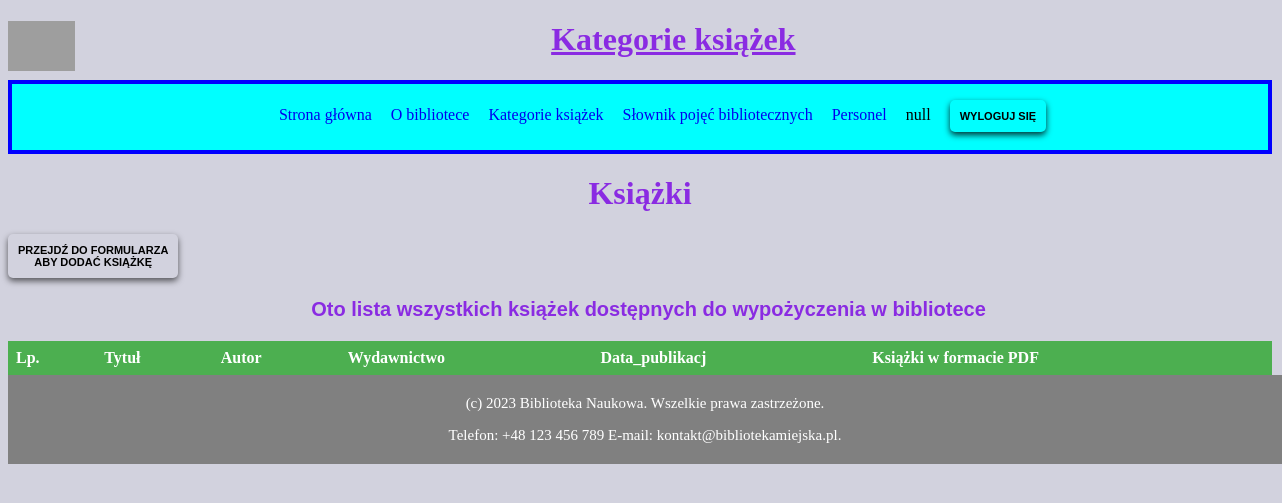
Repository: Dominik098/projekt
Page: http://localhost/biblioteka/C_Kategorie książek.jsp
These files come from the project's save history. The page is drawn as it stood at one moment and after the next save; the edit follows.
The browser window is 1280 px wide. The page is 1282 px wide, so the pictures cover 1282 px, including what lies to the right of the window. The pictures show the whole page.
Pictures or frames that could not be fetched are drawn as grey boxes. The page is served by Tomcat 9. Other server files are loaded and not shown. Queries for data that is not in the repository find no rows.

Above is the page before, as saved 2023-06-01 16:50:11.

### java projekt/biblioteka/src/main/webapp/C_Kategorie książek.jsp
<%@ page language="java" contentType="text/html; charset=UTF-8"%>


<%@ page import="java.sql.*" %>


 <!DOCTYPE html>
<html lang="en">

<head>
    <meta charset="UTF-8">
    <meta http-equiv="X-UA-Compatible" content="IE=edge">
    <meta name="viewport" content="width=device-width, initial-scale=1.0">
    <link rel="stylesheet" href="C_kategorie.css" type="text/css">

    <link rel="icon" type="image/png" href="3.png" sizes="96x96" />
    <title>Kategorie książek </title>



</head>

<body>
    <tr>
        <td align="center"><img src="logo.jpg" name="ksiazka" align="left" weight="90px" height="50px"></td>
    </tr>
    <h1>
        <center><u>Kategorie książek</u></center>
    </h1>
    <header>
        <nav>
            <ul>
                <li class="znacznik" ><a href="A_strona-gl.jsp">Strona główna</a></li>
                <li class="znacznik" ><a href="B_O bibiotece.jsp">O bibliotece</a></li>
                <li  class="znacznik"><a href="C_Kategorie książek.jsp">Kategorie książek </a></li>
                <!--   <li><a href="D_Wypożyczenia.jsp">Wypożyczane </a></li>-->
                <li class="znacznik"><a href="E_Słownik pojęć.jsp">Słownik pojęć bibliotecznych</a></li>
                <li class="znacznik"><a href="F_personel.jsp">Personel</a></li>
               <!-- <li class="znacznik"><a href="G_login.jsp">Logowanie</a></li>
                <li class="znacznik"><a href="H_rejestracja.jsp">Rejestracja</a></li>-->

                <li ><a > <%=session.getAttribute("email-login") %> </a></li>
                <li  ><a href= "logout"><button class="wyloguj" >Wyloguj się</button></a></li>


            </ul>

        </nav>

    </header>
	    <h1>Książki </h1>




 <a href="Dodaj_ksiazke.jsp"><button class="dodanie" onclick="return promptForPassword()">Przejdź do formularza<br> aby dodać książkę</button></a>



<script>
        // Funkcja sprawdzająca hasło
        function promptForPassword() {
            var password = prompt("Proszę wprowadzić hasło:");

            // Sprawdzenie, czy wprowadzone hasło jest poprawne
            if (password === "1234") {
                return true; // Kontynuuj przekierowanie
            } else {
                alert("Nieprawidłowe hasło!"); // Wyświetl komunikat
                return false; // Zatrzymaj przekierowanie
            }
        }
    </script>


    <h3>Oto lista wszystkich książek dostępnych do wypożyczenia w bibliotece </h3>

<table>
    <tr>
        <th>Lp.</th>
        <th>Tytuł</th>
        <th>Autor</th>
        <th>Wydawnictwo</th>
        <th>Data_publikacj</th>
        <th>Książki w formacie PDF</th>


    </tr>
    <%
        try {
            // Połączenie z bazą danych
            String url = "jdbc:mysql://localhost:3306/Biblioteka";
            String user = "root";
            String password = "P@ssw0rd";
            Connection conn = DriverManager.getConnection(url, user, password);

            // Zapytanie SQL
            String sql = "SELECT * FROM Książki";
            PreparedStatement ps = conn.prepareStatement(sql);
            ResultSet rs = ps.executeQuery();

            // Wyświetlenie wyników zapytania
            int i=0;
            while (rs.next()) { i++;
                String tytuł = rs.getString("tytuł");
                String autor = rs.getString("autor");
                String wydawnictwo = rs.getString("wydawnictwo");
                String data_publikacji = rs.getString("data_publikacji");
                String pdf_link = rs.getString("pdf");



    %>
        <tr>
            <td><%= i %></td>
            <td><%= tytuł %></td>
            <td><%= autor %></td>
            <td><%= wydawnictwo %></td>
            <td><%= data_publikacji %></td>
            <td>
    <a href="<%= request.getContextPath() + pdf_link %>" target="_blank" download><button class="pobierz">Pobierz książkę </button></a>
</td>


        </tr>
    <%
            }
            // Zamykanie połączenia z bazą danych
            rs.close();
            ps.close();
            conn.close();
        } catch (SQLException e) {
            e.printStackTrace();
        }
    %>
</table>





<script>
    // Funkcja pobierająca plik PDF
    function pobierzPDF(link) {
        window.location.href = link;
    }
</script>



    <footer>
        <p>(c) 2023 Biblioteka Naukowa. Wszelkie prawa zastrzeżone.</p>
        <p>Telefon: +48 123 456 789  E-mail: kontakt@bibliotekamiejska.pl.</p>

    </footer>



</body>

</html>

### java projekt/biblioteka/src/main/webapp/C_kategorie.css
body {
    background-color: rgb(210, 210, 222);

}

header {
    border: 4px;
    background-color: aqua;
    border: 4px solid blue;
    padding-bottom: 2px;
}



h1 {
    text-align: center;
    color: blueviolet;

}

h3 {
    text-align: center;
    margin-left: 17px;
    color: blueviolet;
    font-family: Arial;
    font-size: 20px;

}




ul li {
    display: inline;
    margin-left: 5px;
    padding: 5px;

}

ul {
    text-align: center;
}

a {
    padding-top: 5px;
    padding-bottom: 5px;
    text-decoration: none;
}






footer {
    text-align: center;
    font-size: 15px;
    color: white;
    background-color: gray;


    bottom: 0;
    margin-top: auto;
    width: 100%;
    padding: 5px;
}



table {
        background-color: #f9f9f9;
        border-collapse: collapse;
        width: 100%;
    }

    th, td {
        text-align: left;
        padding: 8px;
    }

    th {
        background-color: #4CAF50;
        color: white;
    }


    tr:hover {
  border-bottom: 2px solid red;
}


.pobierz{

  display: inline-block;
  padding: 10px 20px;
  font-size: 12px;
  font-weight: bold;
  text-align: center;
  text-transform: uppercase;
  color: #fff;
  background-color: #4CAF50;
  border: none;
  border-radius: 5px;
  box-shadow: 0 3px 6px rgba(0, 0, 0, 0.3);
  cursor: pointer;
  transition: background-color 0.3s ease;
}

.pobierz:hover {
  background-color: #0056b3;
}

.klik {
  background-color: transparent;
  border: none;
  cursor: pointer;
  background-color:  aqua;
  border: none;
  border-radius: 5px;
  box-shadow: 0 3px 6px rgba(0, 0, 0, 0.1);
  font-size: 11px;
  font-weight: bold;
  text-align: center;
}

.klik:hover {
  background-color: #0056b3;
  color: #ffffff;
}

.wyloguj{

  display: inline-block;
  padding: 10px 10px;
  font-size: 11px;
  font-weight: bold;
  text-align: center;
  text-transform: uppercase;
  color: black;
  background-color:  aqua;
  border: none;
  border-radius: 5px;
  box-shadow: 0 3px 6px rgba(0, 0, 0, 0.8);
  cursor: pointer;
  transition: background-color 0.3s ease;
}

.wyloguj:hover {
  background-color: #0056b3;
}
 .dodanie{
 display: inline-block;
  padding: 10px 10px;
  font-size: 11px;
  font-weight: bold;
  text-align: center;
  text-transform: uppercase;
  color: black;
  background-color:  rgb(210, 210, 222);
  border: none;
  border-radius: 5px;
  box-shadow: 0 3px 6px rgba(0, 0, 0, 0.6);
  cursor: pointer;
  transition: background-color 0.3s ease;

 }
 .dodanie:hover{
 background-color: #0056b3;
 }
#info{
	text-align: center;

}
 #info_przycisk {
        background-color: #4CAF50;
        color: #fff;
        border: none;
        padding: 5px 10px;
        border-radius: 4px;

        cursor: pointer;
        transition: background-color 0.3s ease;
    }

After the next save:
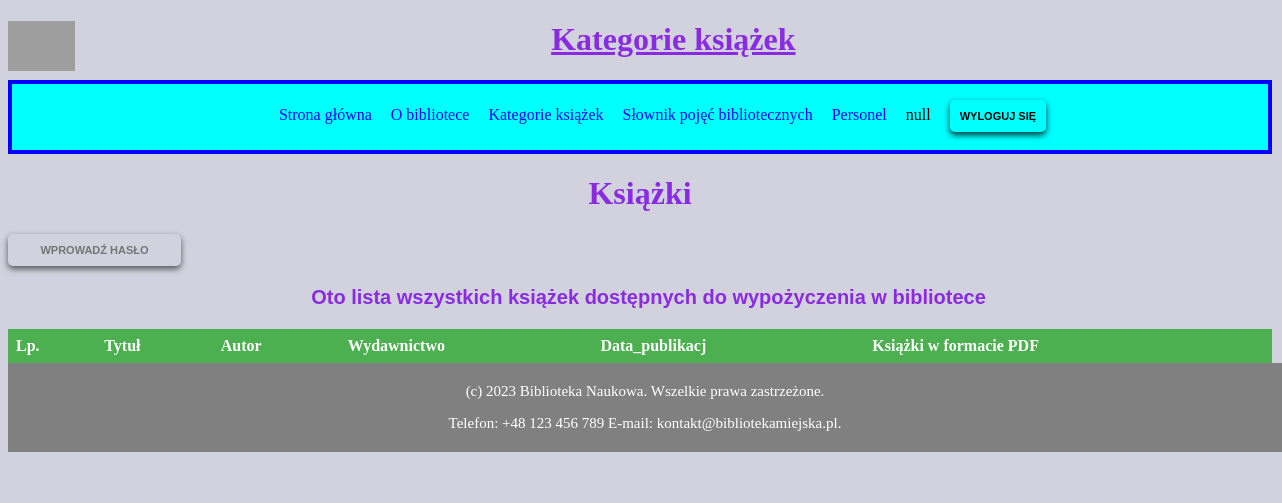
Saved 45 s later.
--- a/java projekt/biblioteka/src/main/webapp/C_Kategorie książek.jsp
+++ b/java projekt/biblioteka/src/main/webapp/C_Kategorie książek.jsp
@@ -53,24 +53,30 @@
 
 
 
- <a href="Dodaj_ksiazke.jsp"><button class="dodanie" onclick="return promptForPassword()">Przejdź do formularza<br> aby dodać książkę</button></a>
-
-
+ <a href="Dodaj_ksiazke.jsp">
+  <input type="password" class="dodanie" onclick="return promptForPassword()" placeholder="Wprowadź hasło">
+</a>
 
 <script>
-        // Funkcja sprawdzająca hasło
-        function promptForPassword() {
-            var password = prompt("Proszę wprowadzić hasło:");
+  // Funkcja sprawdzająca hasło
+  function promptForPassword() {
+    var passwordField = document.querySelector('input[type="password"]');
+    passwordField.type = "text"; // Zmiana typu na "text" przed wprowadzeniem hasła
 
-            // Sprawdzenie, czy wprowadzone hasło jest poprawne
-            if (password === "1234") {
-                return true; // Kontynuuj przekierowanie
-            } else {
-                alert("Nieprawidłowe hasło!"); // Wyświetl komunikat
-                return false; // Zatrzymaj przekierowanie
-            }
-        }
-    </script>
+    var password = prompt("Proszę wprowadzić hasło:");
+
+    // Przywrócenie typu na "password" po wprowadzeniu hasła
+    passwordField.type = "password";
+
+    // Sprawdzenie, czy wprowadzone hasło jest poprawne
+    if (password === "1234") {
+      return true; // Kontynuuj przekierowanie
+    } else {
+      alert("Nieprawidłowe hasło!"); // Wyświetl komunikat
+      return false; // Zatrzymaj przekierowanie
+    }
+  }
+</script>
 
 
     <h3>Oto lista wszystkich książek dostępnych do wypożyczenia w bibliotece </h3>

After the save that followed:
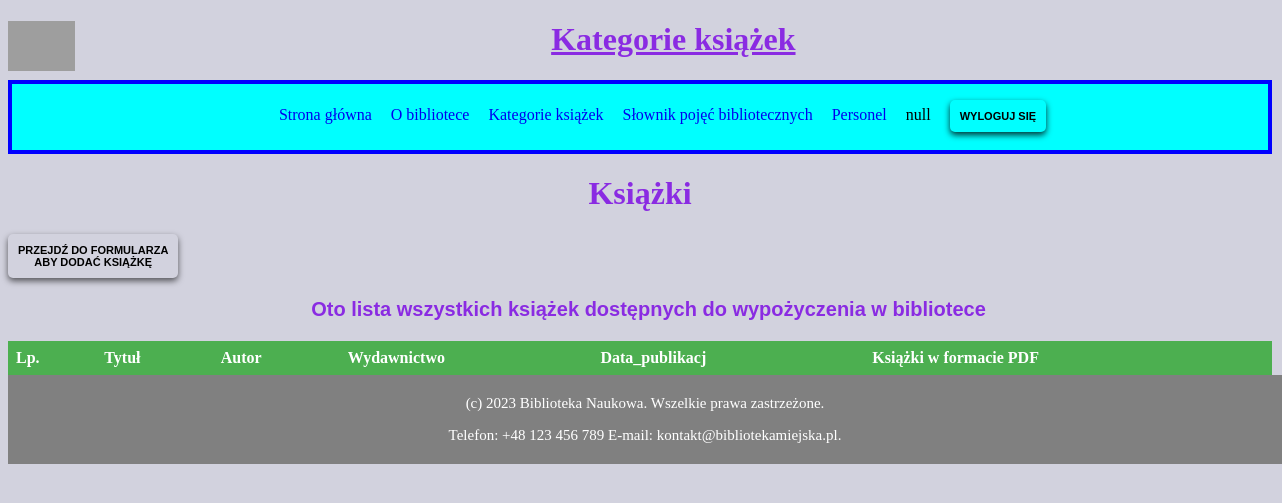
Saved 2 min 18 s later.
--- a/java projekt/biblioteka/src/main/webapp/C_Kategorie książek.jsp
+++ b/java projekt/biblioteka/src/main/webapp/C_Kategorie książek.jsp
@@ -52,21 +52,23 @@
 
 
 
-
- <a href="Dodaj_ksiazke.jsp">
-  <input type="password" class="dodanie" onclick="return promptForPassword()" placeholder="Wprowadź hasło">
+<a href="Dodaj_ksiazke.jsp">
+  <button class="dodanie" onclick="return promptForPassword()">Przejdź do formularza<br> aby dodać książkę</button>
 </a>
 
 <script>
   // Funkcja sprawdzająca hasło
   function promptForPassword() {
-    var passwordField = document.querySelector('input[type="password"]');
-    passwordField.type = "text"; // Zmiana typu na "text" przed wprowadzeniem hasła
+    var passwordInput = document.createElement('input');
+    passwordInput.setAttribute('type', 'password');
 
-    var password = prompt("Proszę wprowadzić hasło:");
+    var passwordForm = document.createElement('form');
+    passwordForm.appendChild(passwordInput);
 
-    // Przywrócenie typu na "password" po wprowadzeniu hasła
-    passwordField.type = "password";
+    var promptContainer = document.createElement('div');
+    promptContainer.appendChild(passwordForm);
+
+    var password = prompt("Proszę wprowadzić hasło:", "", promptContainer);
 
     // Sprawdzenie, czy wprowadzone hasło jest poprawne
     if (password === "1234") {
